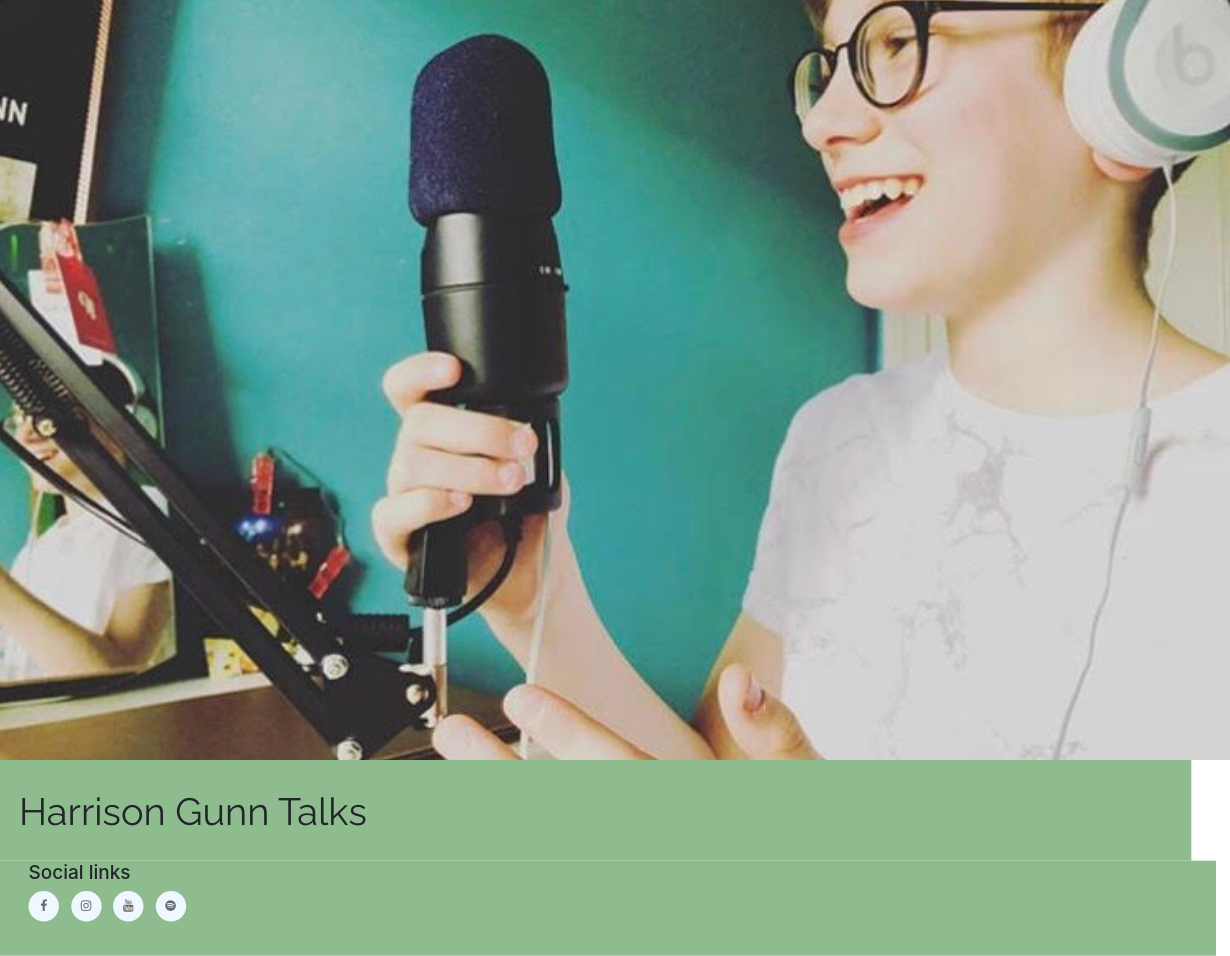
Repository: Leannald13/user-centric-milestone-project
Page: index.html
The author's editor kept a record of every edit. The page is drawn from the files as they stood at one moment, then again after the next edit.
The browser window is 1280 px wide. The page is 1295 px wide, so the pictures cover 1295 px, including what lies to the right of the window. The pictures show the whole page, at 95% of full size.

Above is the page before.

### index.html
<!DOCTYPE html>
<html lang="en">

<head>
    <meta charset="UTF-8">
    <meta name="viewport" content="width=device-width, initial-scale=1.0">
    <meta http-equiv="X-UA-Compatible" content="ie=edge">
    <link rel="stylesheet" href="https://stackpath.bootstrapcdn.com/bootstrap/4.3.1/css/bootstrap.min.css" type="text/css" />
    <link rel="stylesheet" href="https://cdnjs.cloudflare.com/ajax/libs/hover.css/2.3.1/css/hover-min.css" type="text/css" />
    <link rel="stylesheet" href="https://stackpath.bootstrapcdn.com/font-awesome/4.7.0/css/font-awesome.min.css" type="text/css" />
    <link rel="stylesheet" href="assets/css/style.css" type="text/css" />
    <title>Harrison</title>
</head>

<body>
    <header>
        <div class="row">
            <a href="index.html" class="col-md-12 logo">

            </a>
        </div>
        <div class="row">
            <div class="col-md-12">
                <div class="row no-gutters bg-color-name">
                    <div class="col heading">
                        <h1 class="name">Harrison Gunn Talks</h1>
                    </div>
                </div>
            </div>

    </header>
    <section>

    </section>
    <footer>
        <div class="container-fluid">
            <div class="col sm-12">
                <h5 class="uppercase general-sub">Social links</h5>
                <ul class="list-inline social-links">
                    <li class="list-inline-item">
                        <a target="_blank" href="#">
                           <i class="fa fa-facebook" aria-hidden="true"></i>
                           <span class="sr-only">Facebook</span>
                        </a>
                    </li>
                    <li class="list-inline-item">
                        <a target="_blank" href="#">
                           <i class="fa fa-instagram" aria-hidden="true"></i>
                           <span class="sr-only">Instagram</span>
                        </a>
                    </li>
                    <li class="list-inline-item">
                        <a target="_blank" href="#">
                           <i class="fa fa-youtube" aria-hidden="true"></i>
                           <span class="sr-only">YouTube</span>
                           </a>
                    </li>
                    <li class="list-inline-item">
                        <a target="_blank" href="#">
                           <i class="fa fa-spotify" aria-hidden="true"></i>
                           <span class="sr-only">Spotify</span>
                           </a>
                    </li>
            </div>
        </div>
    </footer>
</body>

</html>

### assets/css/style.css
@import url('https://fonts.googleapis.com/css?family=Raleway&display=swap');


/* -------------------------------------------------------------Heading */

.logo {
    background: url("../images/harrison.jpg");
    background-position: center;
    background-repeat: no-repeat;
    background-size: cover;
    width: 100%;
    height: 800px;
    transition: all .5s;
}

.heading {
    font-family: "Raleway", sans-serif;
    text-align: left;
    font-weight: 100;
    margin-top: 30px;
    width: 100%;

}

.bg-color-name {
    background-color: #8fbc8f;
    max-width: 98%;
    padding-bottom: 20px;
    padding-left: 20px;
}



/* -------------------------------------------------------------Footer */

footer {
    background-color: #8fbc8f;
    padding-bottom: 20px;

}

.social-links li a i {
    width: 32px;
    height: 32px;
    padding-top: 12px;
    border-radius: 50%;
    font-size: 13px;
    line-height: 7px;
    text-align: center;
    color: #696969;
    background: #f0f8ff;
    background-position: center;
    transition: all 0.35s ease-in-out;
}

After the next edit:
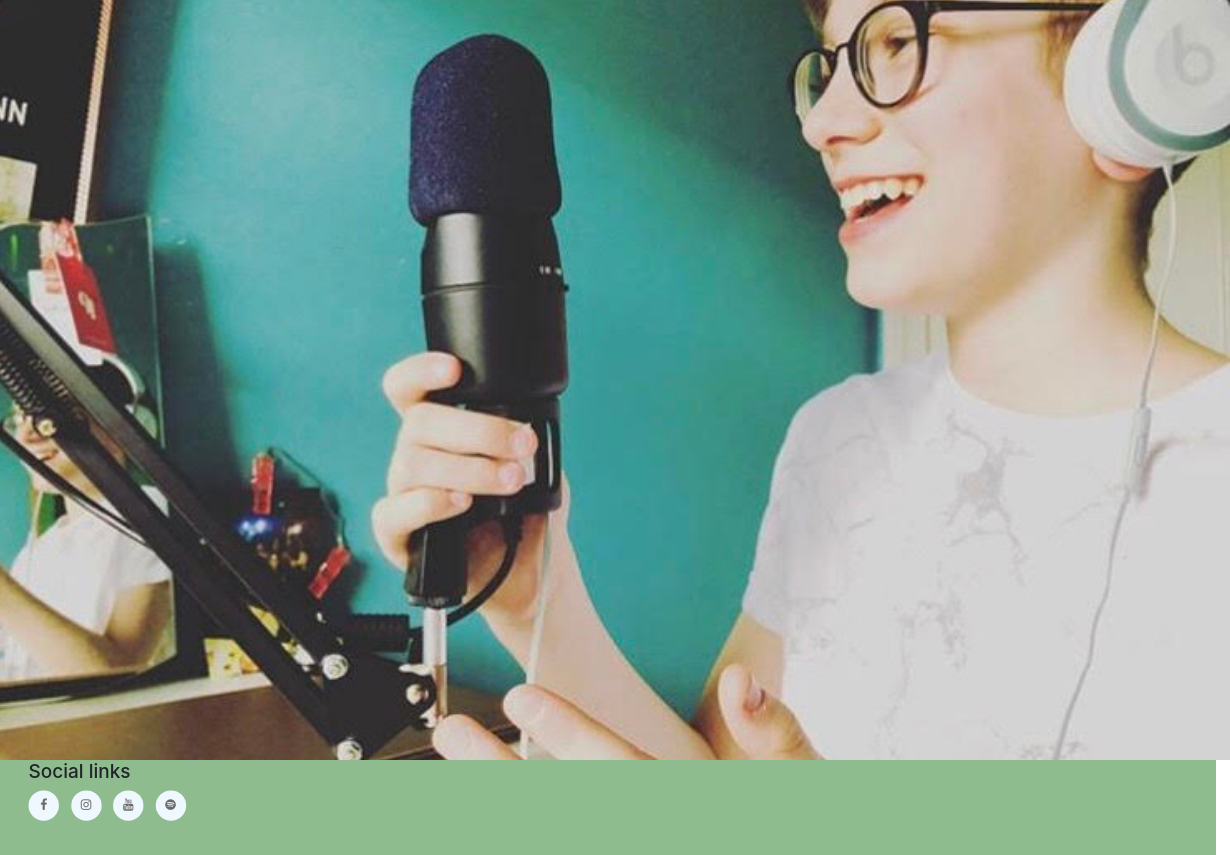
The edit:
--- a/index.html
+++ b/index.html
@@ -19,14 +19,10 @@
 
             </a>
         </div>
-        <div class="row">
-            <div class="col-md-12">
-                <div class="row no-gutters bg-color-name">
-                    <div class="col heading">
-                        <h1 class="name">Harrison Gunn Talks</h1>
-                    </div>
-                </div>
-            </div>
+        <div class="container-fixed">
+
+        </div>
+
 
     </header>
     <section>

After the edit that followed:
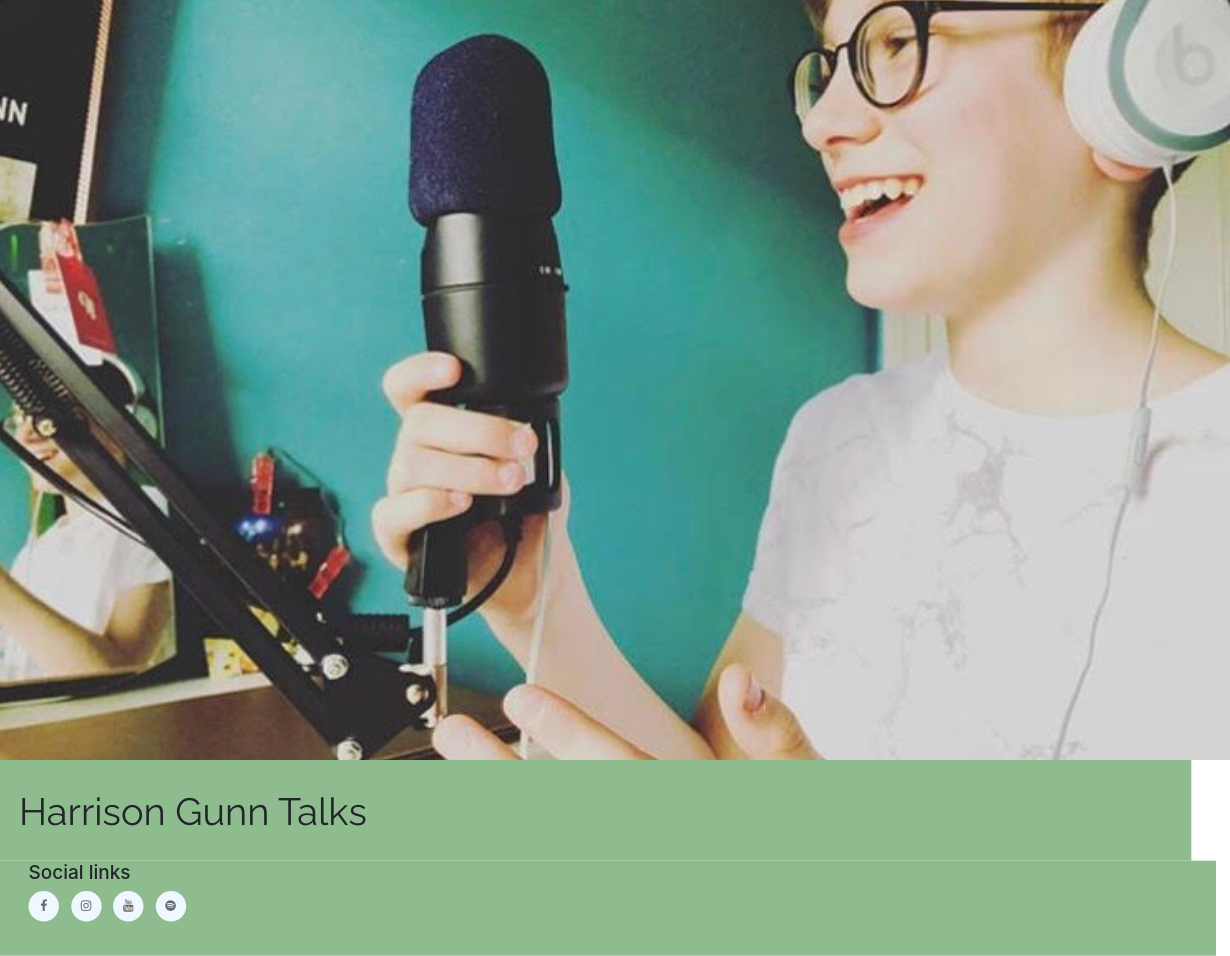
The edit:
--- a/index.html
+++ b/index.html
@@ -20,7 +20,14 @@
             </a>
         </div>
         <div class="container-fixed">
-
+          <div class="row">
+            <div class="col-md-12">
+                <div class="row no-gutters bg-color-name">
+                    <div class="col heading">
+                        <h1 class="name">Harrison Gunn Talks</h1>
+                    </div>
+                </div>
+            </div>
         </div>
 
 
